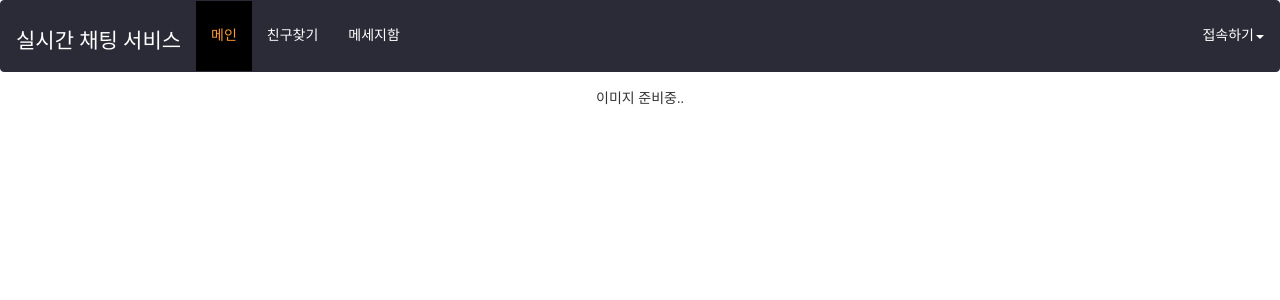
Repository: kkoseunghyun/javaAjaxChat
Page: http://localhost/UserChat/
These files come from the project's save history. The page is drawn as it stood at one moment and after the next save; the edit follows.
The browser window is 1280 px wide. The pictures show the whole page.
Some web fonts or font styles are not loaded; a fallback is used. Some web libraries are served in a nearby version. The page is served by Tomcat 9.

Above is the page before, as saved 2019-05-31 02:02:40.

After the next save:
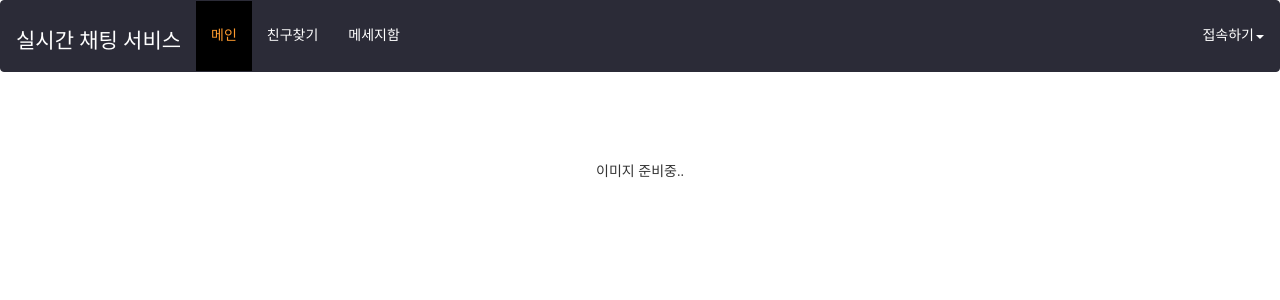
Saved 14 s later.
--- a/JspAjax/UserChat/WebContent/index.jsp
+++ b/JspAjax/UserChat/WebContent/index.jsp
@@ -96,7 +96,7 @@
 		</div>
 	</nav>
 	<div class="container">
-		<div style="width:100%; height:60px; line-height:100%; text-align: center;">
+		<div style="width:100%; height:160px; line-height:160px; text-align: center;">
 			<p>이미지 준비중..</p>
 		</div>
 	</div>
